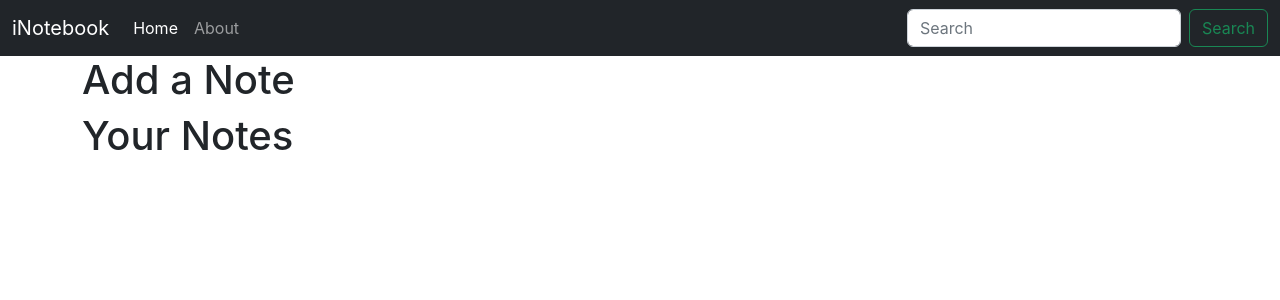
Repository: SatishPatil108/iNotebook-React
Page: /
An editor plug-in stored every save of this project. The page is shown before and after a run of saves, followed by the edit.
The browser window is 1280 px wide. The pictures show the whole page.
The project was rebuilt for these pictures with package versions that can differ from the ones it lists, and the page was loaded fresh each time. Also part of the build but not shown: src/App.css, src/components/About.js.

Above is the page before, as saved 2022-07-23 17:34:27.

After the next 2 saves:
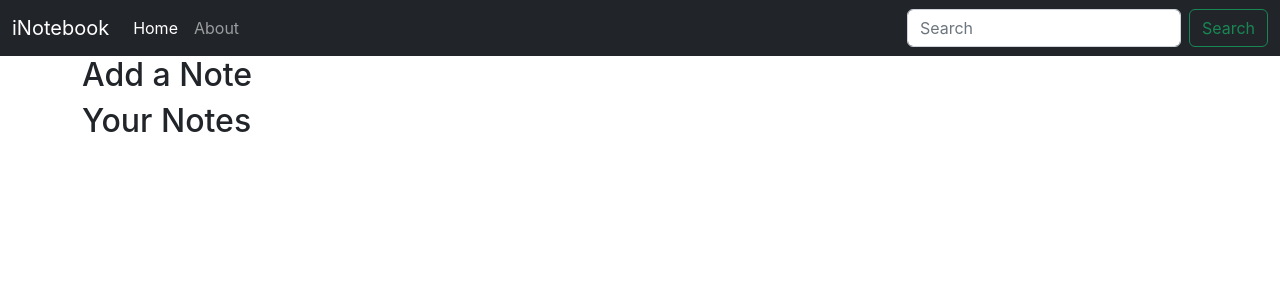
The 2 saves are shown as one change because 1 did not build or start.
The last was saved 65 s later.
--- a/src/components/Home.js
+++ b/src/components/Home.js
@@ -3,8 +3,8 @@
 const Home = () => {
     return (
         <div>
-            <h1>Add a Note</h1>
-            <h1>Your Notes</h1>
+            <h2>Add a Note</h2>
+            <h2>Your Notes</h2>
         </div>
     )
 }
